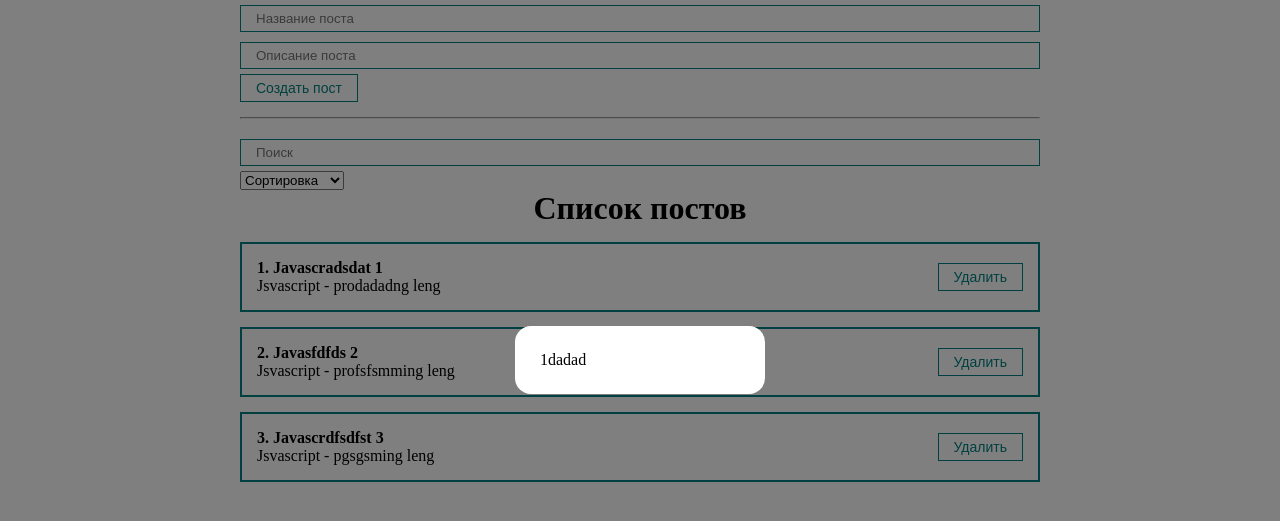
Repository: tsydikov/reactTodo
Page: /
An editor plug-in stored every save of this project. The page is shown before and after the next save, followed by the edit.
The browser window is 1280 px wide. The pictures show the whole page.
The project was rebuilt for these pictures with package versions that can differ from the ones it lists, and the page was loaded fresh each time.

Above is the page before, as saved 2021-08-29 17:28:04.

### public/index.html
<!DOCTYPE html>
<html lang="en">
  <head>
    <meta name="viewport" content="width=device-width, initial-scale=1" />
    <title>React App</title>
  </head>
  <body>
    <noscript>You need to enable JavaScript to run this app.</noscript>
    <div id="root"></div>
  </body>
</html>

### src/App.js
import React, { useMemo, useState } from 'react'
import PostFilter from './components/PostFilter';
import PostForm from './components/PostForm';
import PostList from './components/PostList'
import './styles/App.css'
import MyModal from './UI/MyModal/MyModal';

function App() {
  const [posts, setPosts] = useState([
    { id: 1, title: 'Javascradsdat 1', body: 'Jsvascript - prodadadng leng' },
    { id: 2, title: 'Javasfdfds 2', body: 'Jsvascript - profsfsmming leng' },
    { id: 3, title: 'Javascrdfsdfst 3', body: 'Jsvascript - pgsgsming leng' }
  ])
  const [filter,setFilter] = useState({sort:'', query:''})

  const sortedPosts = useMemo(() => {
    if (filter.sort) {
      return [...posts].sort((a, b) => a[filter.sort].localeCompare(b[filter.sort]))
    }
    return posts;
  }, [filter.sort, posts])

  const sortedAndSerchedPosts = useMemo(() => {
    return sortedPosts.filter(post => post.title.toLowerCase().includes(filter.query))
  }, [filter.query, sortedPosts])

  const createPost = (newPost) => {
    setPosts([...posts, newPost])
  }
  const removePost = (post) => {
    setPosts(posts.filter(p => p.id !== post.id))
  }


  return (
    <div className="App">
      <MyModal>
        1dadad
      </MyModal>
      <PostForm create={createPost} />
      <hr style={{ margin: '15px 0' }} />
      <PostFilter
        filter={filter}
        setFilter={setFilter}
      />
     <PostList remove={removePost} posts={sortedAndSerchedPosts} title="Список постов" />
    </div>
  );
}

export default App;

### src/components/PostFilter.jsx
import React from "react";
import MyInput from "../UI/input/MyInput";
import MySelect from "../UI/select/MySelect";

const PostFilter = ({filter, setFilter}) => {
    return (
        <div>
            <MyInput
                value={filter.query}
                onChange={e => setFilter({...filter, query:e.target.value})}
                placeholder="Поиск"
            />
            <MySelect
                value={filter.sort}
                onChange={selectedSort => setFilter({...filter, sort: selectedSort})}
                defaultValue="Сортировка"
                options={[
                    { value: 'title', name: 'По названию' },
                    { value: 'body', name: 'По описанию' }
                ]}
            />
        </div>
    )
}

export default PostFilter;

### src/components/PostForm.jsx
import React, { useState } from "react";
import MyButton from "../UI/button/MyButton";
import MyInput from "../UI/input/MyInput";

const PostForm = ({ create }) => {
    const [post, setPost] = useState({ title: '', body: '' })
    const addNewPost = (e) => {
        e.preventDefault()
        const newPost = {
            ...post, id: Date.now()
        }
        create(newPost)
        setPost({ title: '', body: '' })
    }
    return (
        <form>
            <MyInput
                onChange={e => setPost({ ...post, title: e.target.value })}
                value={post.title}
                type="text"
                placeholder="Название поста"
            />
            <MyInput
                onChange={e => setPost({ ...post, body: e.target.value })}
                value={post.body}
                type="text"
                placeholder="Описание поста"
            />
            <MyButton onClick={addNewPost} >Создать пост</MyButton>
        </form>
    )
}

export default PostForm;

### src/components/PostList.jsx
import React from "react";
import PostItem from './PostItem'
const PostList = ({ posts, title, remove }) => {

    if (!posts.length) {
        return (<h1 style={{ textAlign: 'center' }}>Посты не найдены</h1>)
    }

    return (
        <div>
            <h1 style={{ textAlign: 'center' }}>
                {title}
            </h1>
            {posts.map((post, index) =>
                <PostItem remove={remove} number={index + 1} post={post} key={post.id} />
            )}
        </div>
    )
}

export default PostList;

### src/UI/MyModal/MyModal.jsx
import React from "react";
import cl from './MyModal.module.css';

const MyModal = ({ children }) => {

    return (
        <div className={[cl.myModal, cl.active].join(' ')}>
            <div className={cl.myModalContent}>
                {children}
            </div>
        </div>
    )
}

export default MyModal;

### src/UI/input/MyInput.jsx
import React from "react";
import classes from "./MyInput.module.css";

const MyInput = React.forwardRef((props, ref) => {
    return (
        <input ref={ref} className={classes.myInput} {...props} />
    )
})

export default MyInput;

### src/UI/select/MySelect.jsx
import React from "react";

const MySelect = ({ options, defaultValue, value, onChange }) => {
    return (
        <select
            value={value}
            onChange={event => onChange(event.target.value)}
        >
            <option disabled value="">{defaultValue}</option>
            {options.map(option =>
                <option key={option.value} value={option.value}>
                    {option.name}
                </option>
            )}
        </select>
    )
}

export default MySelect;

### src/UI/button/MyButton.jsx
import React from "react";
import classes from "./MyButton.module.css";

const MyButton = ({ children, ...props }) => {
    return (
        <button {...props} className={classes.myBtn}>
            {children}
        </button>
    )
}

export default MyButton;

### src/components/PostItem.jsx
import React from "react";
import MyButton from "../UI/button/MyButton";

const PostItem = (props) => {
    return (
        <div className="post">
            <div className="post__content">
                <strong>{props.number}. {props.post.title}</strong>
                <div>
                    {props.post.body}
                </div>
            </div>
            <div className="post__btn">
                <MyButton onClick={() => props.remove(props.post)}>
                    Удалить
                </MyButton>
            </div>
        </div>
    )
}

export default PostItem;

Loaded but not shown: src/index.js (common file); src/styles/App.css (common file); src/UI/MyModal/MyModal.module.css (common file); src/UI/input/MyInput.module.css (common file); src/UI/button/MyButton.module.css (common file)

After the next save:
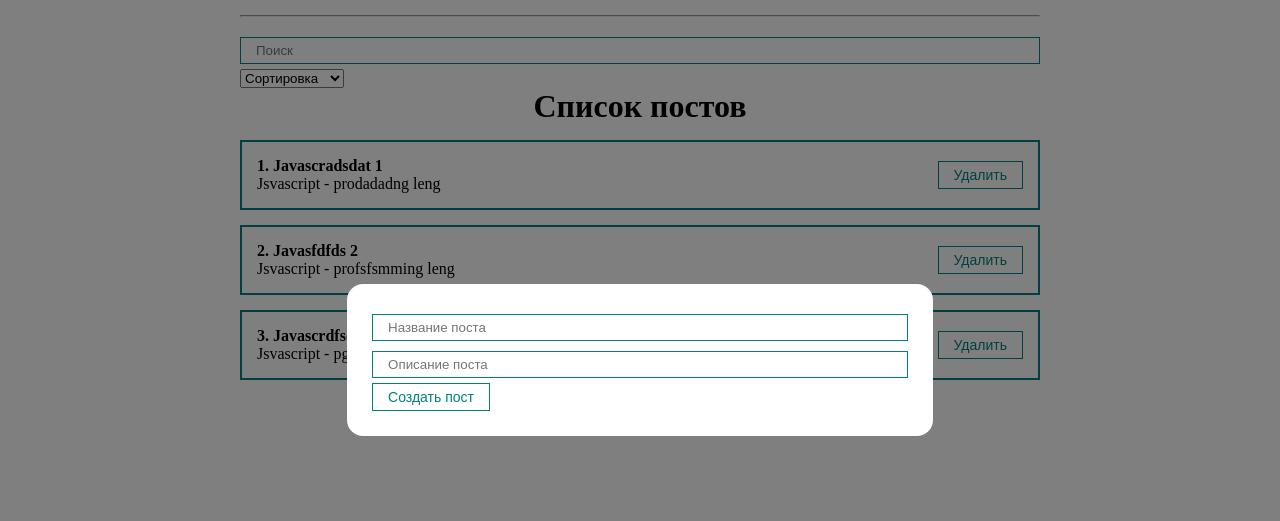
Saved 23 s later.
--- a/src/App.js
+++ b/src/App.js
@@ -35,9 +35,8 @@ function App() {
   return (
     <div className="App">
       <MyModal>
-        1dadad
+        <PostForm create={createPost} />
       </MyModal>
-      <PostForm create={createPost} />
       <hr style={{ margin: '15px 0' }} />
       <PostFilter
         filter={filter}
